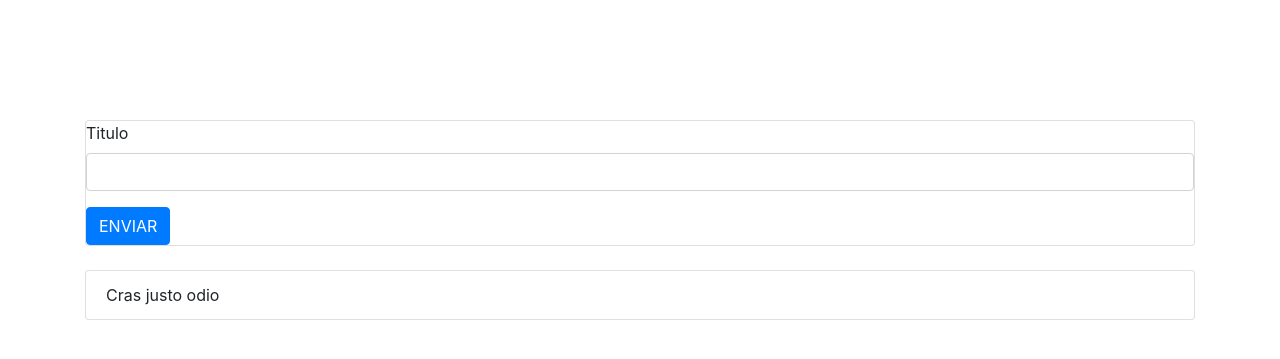
Repository: wolwerr/VueJs-Ninja
Page: Aula-15.html
An editor plug-in stored every save of this project. The page is shown before and after the next save, followed by the edit.
The browser window is 1280 px wide. The pictures show the whole page.

Above is the page before, as saved 2021-10-25 23:56:32.

### Aula-15.html
<!DOCTYPE html>
<html lang="en">
<head>
    <meta charset="UTF-8">
    <meta http-equiv="X-UA-Compatible" content="IE=edge">
    <meta name="viewport" content="width=device-width, initial-scale=1.0">
    <meta http-equiv="X-UA-Compatible" content="IE=edge">
    <title>Aulas de Vuejs</title>
    <link rel="stylesheet" href="https://maxcdn.bootstrapcdn.com/bootstrap/4.0.0/css/bootstrap.min.css" integrity="sha384-Gn5384xqQ1aoWXA+058RXPxPg6fy4IWvTNh0E263XmFcJlSAwiGgFAW/dAiS6JXm" crossorigin="anonymous">
</head>
<body>
    <div id="app">
        <br><br><br><br><br>
        <div class="container">
            <input-form></input-form>

            <br>

            <my-list></my-list>

        </div>
        </div>

            <template id="form">
            <div class="card">
                <div class="card-block">
                    <div class="form-group">
                        <label for="">Titulo</label>
                        <input v-model="title"
                                type="text" class="form-control">
                    </div>
                        <button @click.stop.prevent="submit()"
                                class="btn btn-primary">ENVIAR</button>
                </div>
                </div>
            </template>

        <template id="list">
        <ul class="list-group">
            <li v-for="item in list"
                class="list-group-item">Cras justo odio</li>

        </ul>

        </template>



    <script src="https://unpkg.com/vue"></script>

    <script>

        Vue.component('input-form', {
            el: "#form",
            data() {
                return {
                    title:'',
                }
            },
            method:{
                submit(){
                    eventBus.$emit('submit', this.title);
                }
            }
        });

        var eventBus = new Vue();

        Vue.component('my-list', {
            template: "#list",
            created(){
                eventBus.$on('submit', function() {
                    console.log(titulo)
                });
            },
            data(){
                return {
                    list:[
                        { titulo: "Ir a feira"},
                    ]
                }
            },
        });

        var app = new Vue({
            el: "#app",

            data: {
                titulo: "Aulas de Vuejs",


            }
        });
    </script>
</body>
</html>

After the next save:
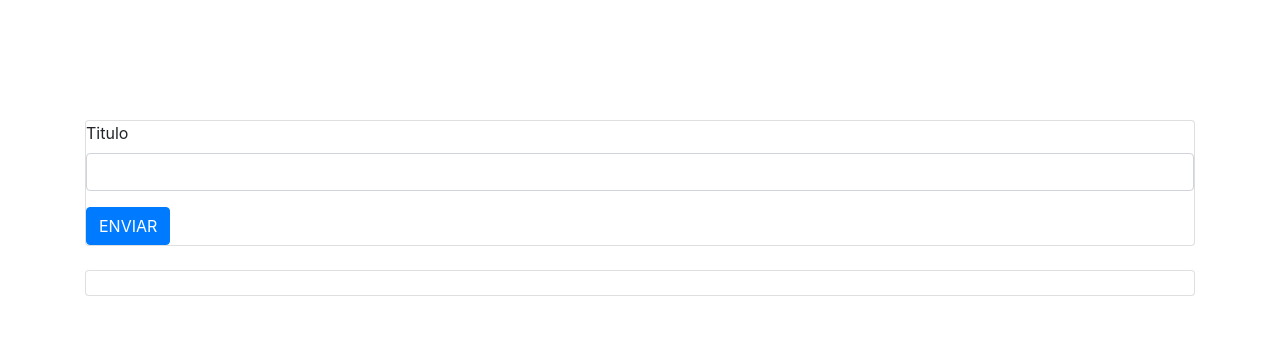
Saved 21 s later.
--- a/Aula-15.html
+++ b/Aula-15.html
@@ -38,7 +38,7 @@
         <template id="list">
         <ul class="list-group">
             <li v-for="item in list"
-                class="list-group-item">Cras justo odio</li>
+                class="list-group-item">{{ item.name }}</li>
 
         </ul>
 
